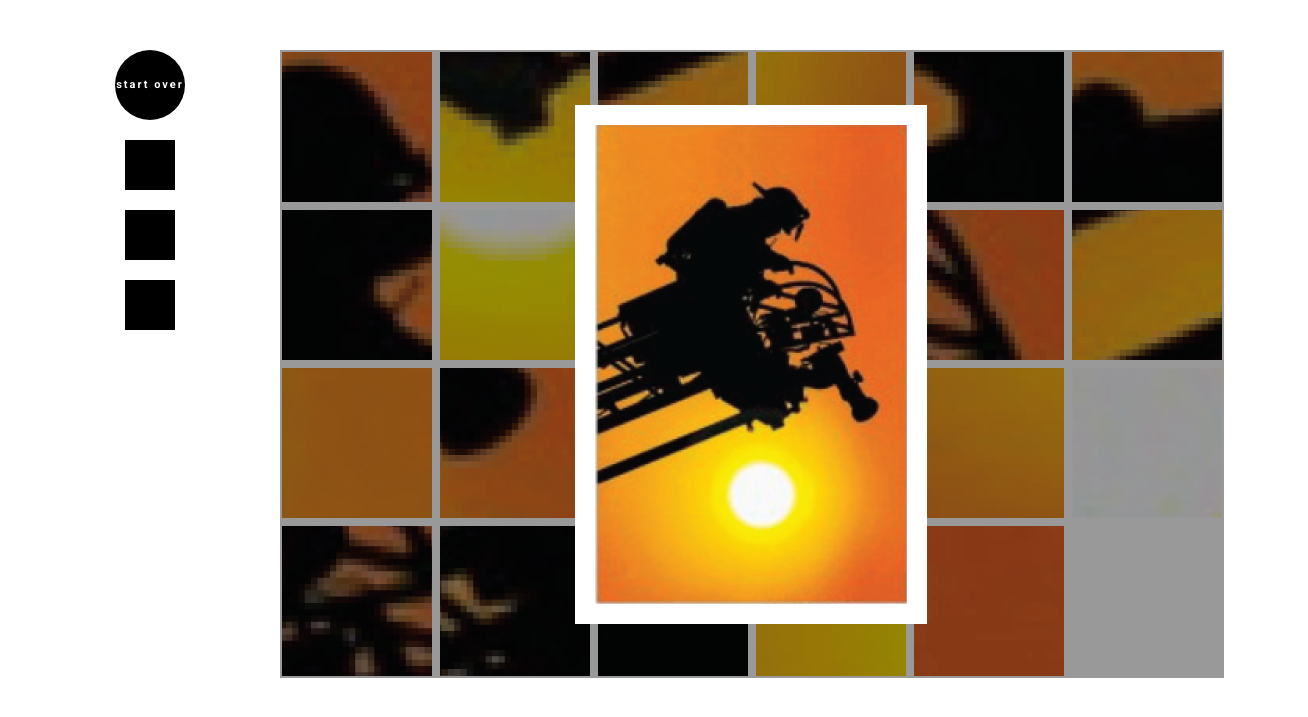
Repository: ortik455/ortik455.github.io
Page: studio/dice/sun.html
The author's editor kept a record of every edit. The page is drawn from the files as they stood at one moment, then again after the next edit.
The browser window is 1280 px wide. The page is 1308 px wide, so the pictures cover 1308 px, including what lies to the right of the window. The pictures show the whole page.
After loading, the first visible `div.finish-button` was clicked once.
Some web libraries are served in a nearby version.

Above is the page before.

After the next edit:
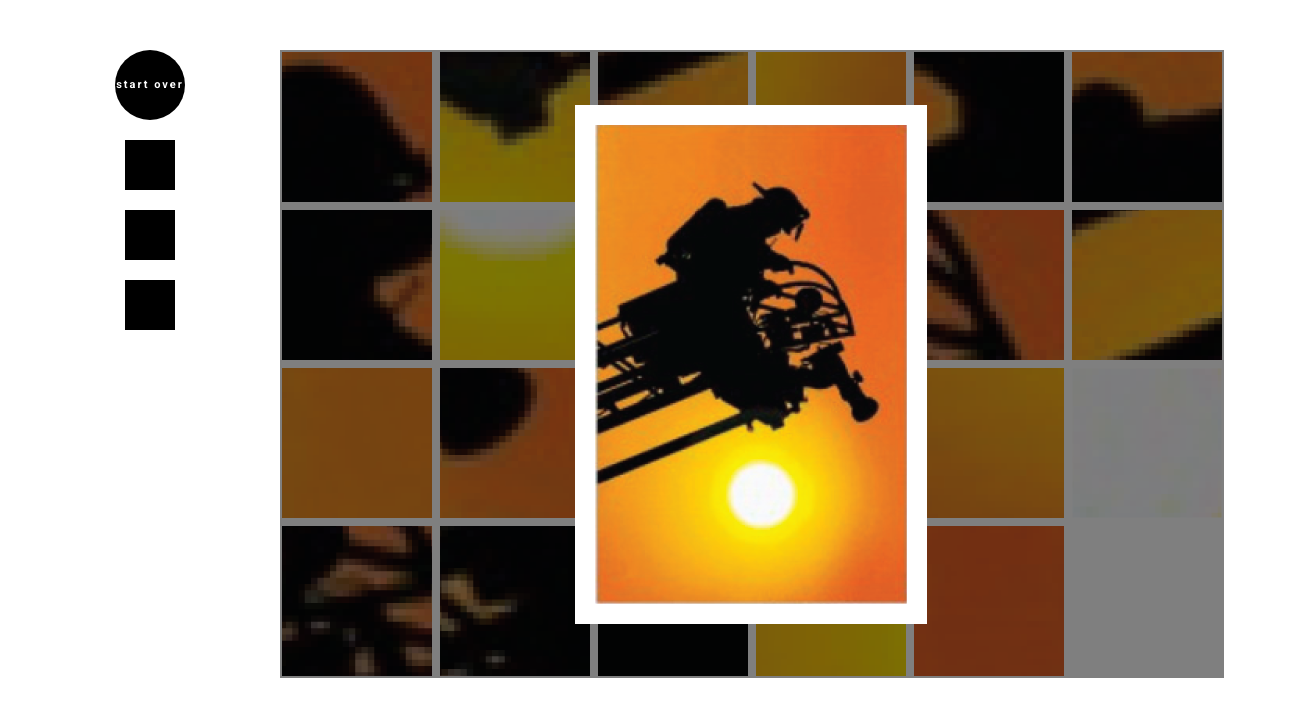
The edit:
--- a/studio/dice/game.css
+++ b/studio/dice/game.css
@@ -143,7 +143,7 @@
     width: 944px;
     height: 628px;
     background-color: #000;
-    opacity: .4;
+    opacity: .5;
     z-index: 900;
     display: none;
 }
